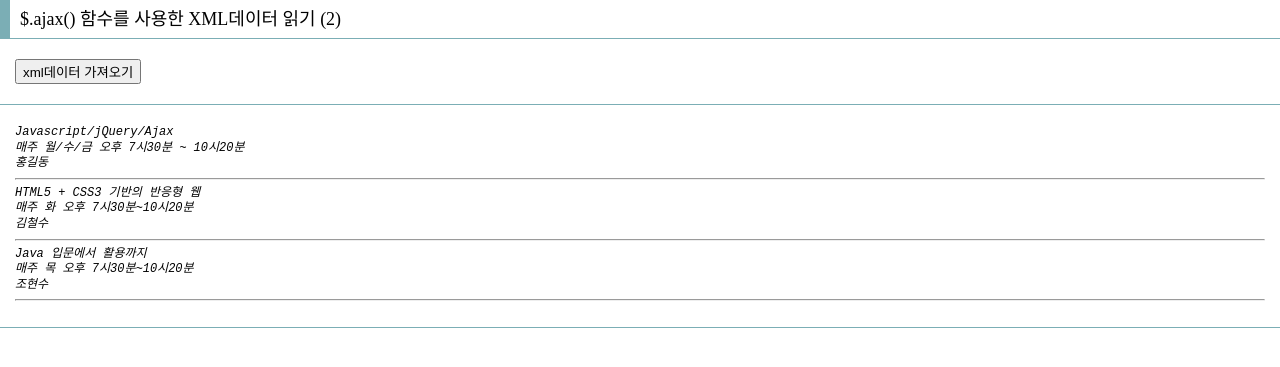
Repository: jigudeong-i/backenddeveloper
Page: firstExample/src/main/webapp/ajaxExample/03_xml.html
The author's editor kept a copy of each file at every save. The page is drawn from the files as they stood at one save, then again after the next save.
The browser window is 1280 px wide. The pictures show the whole page.
After loading, the first visible `#mybtn` was clicked once.

Above is the page before, as saved 2025-07-21 00:52:39.

### firstExample/src/main/webapp/ajaxExample/03_xml.html
<!DOCTYPE html>
<html lang="ko">
	<head>
		<meta charset="utf-8" />
		<meta name="viewport" content="width=device-width, initial-scale=1.0">
		<title>xml(2) - 03_xml.html</title>
		<link href="../image/icon.png" rel="icon" type="image/x-icon" />

		<link rel="stylesheet" href="../css/reset.css"/>
		<link rel="stylesheet" href="../css/common.css"/>
	</head>
	<body>
		<h1 class="title">$.ajax() 함수를 사용한 XML데이터 읽기 (2)</h1>
		<div class="exec">
			<input type="button" value="xml데이터 가져오기" id="mybtn" />
		</div>
		<div class="console" id="result"></div>

		<script src="../js/jquery-3.7.1.min.js"></script>
		<script>
			$("#mybtn").on("click", function() {
				$.ajax({
					url: '/firstExample/ajax/xml/03.xml',
					method: 'get',
					dataType: 'xml'
				}).done(function (data) {
					$("#result").html("");
					// 반복되는 태그 단위를 찾아서 each() 함수 사용
					$(data).find("subject").each(function() {
						// 각 개별 요소에 속해 있는 텍스트 데이터 추출
						let title = $(this).find("title").text();
						let time = $(this).find("time").text();
						let teacher = $(this).find("teacher").text();

						// 출력을 위한 동적 요소의 생성
						let div = $("<div>");
						let p1 = $("<p>").html(title);
						let p2 = $("<p>").html(time);
						let p3 = $("<p>").html(teacher);

						// 조립과 출력
						div.append(p1).append(p2).append(p3);
						// 반드시 body 태그 하위에 정적 요소에 추가 작업 설정.
						$("#result").append(div);
						$("#result").append("<hr />");
					});
				}).fail(function(xhr, textStatus) {
					 //통신이 실패했을 때 실행되는 함수.
					$("#result").html(textStatus + " (HTTP-" + xhr.status + ")");
				});
			});
		</script>

	</body>
</html>

### firstExample/src/main/webapp/css/common.css
html, body {
	width: 100%;
	height: 100%;
}
/* 페이지 제목을 표현.*/
h1.title {
	font-size: large;
	border-left: 10px solid #7BAEB5;
	border-bottom: 1px solid #7BAEB5;
	padding: 10px;
	width: auto;
	background-color: #fff;
}
/* 예제 실행을 위한 버튼이나 링크 배치하는 영역 표현.*/
div.exec, div.console {
	padding: 20px 15px;
	border-bottom: 1px solid #7BAEB5;
}
/* 결과 출력을 위한 영역 표현.*/
div.console {
	font-family: 'Courier New';
	font-size: 12px;
	font-style: italic;
	line-height: 130%;
}
/* 예제 화면을 구성하기 위한 영역 표현.*/
div.example {
	padding: 10px 30px;
}

Loaded but not shown: firstExample/src/main/webapp/css/reset.css (common file); firstExample/src/main/webapp/js/jquery-3.7.1.min.js (library)

After the next save:
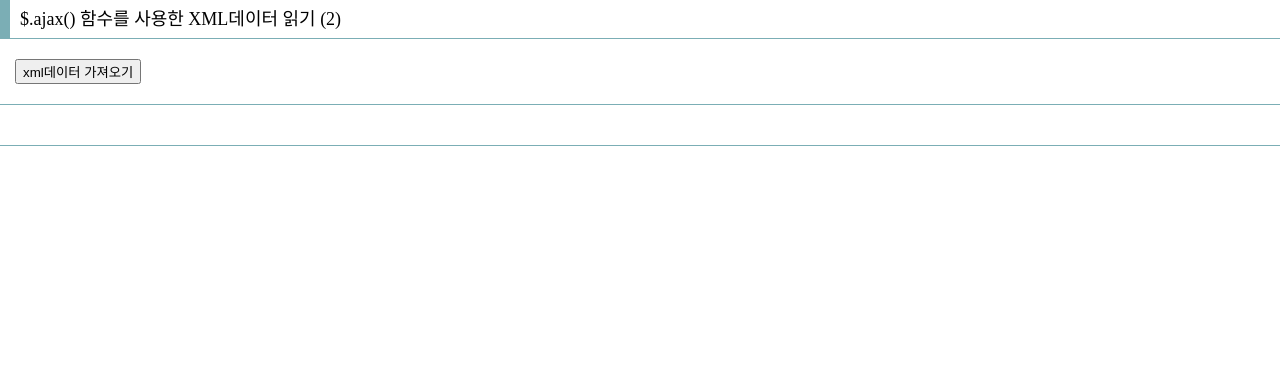
Console error: ReferenceError: $ajax is not defined
Saved 2 min 5 s later.
--- a/firstExample/src/main/webapp/ajaxExample/03_xml.html
+++ b/firstExample/src/main/webapp/ajaxExample/03_xml.html
@@ -1,10 +1,10 @@
 <!DOCTYPE html>
 <html lang="ko">
 	<head>
-		<meta charset="utf-8" />
-		<meta name="viewport" content="width=device-width, initial-scale=1.0">
+		<meta charset="UTF-8">
+		<meta name="viewport" content="width=device-width, initial-scale=1">
 		<title>xml(2) - 03_xml.html</title>
-		<link href="../image/icon.png" rel="icon" type="image/x-icon" />
+		<link href="../image/icon.png" rel="icon" type="image/x-con" />
 
 		<link rel="stylesheet" href="../css/reset.css"/>
 		<link rel="stylesheet" href="../css/common.css"/>
@@ -18,21 +18,21 @@
 
 		<script src="../js/jquery-3.7.1.min.js"></script>
 		<script>
-			$("#mybtn").on("click", function() {
-				$.ajax({
+			$("#mybtn").on("click", function(){
+				$ajax({
 					url: '/firstExample/ajax/xml/03.xml',
 					method: 'get',
 					dataType: 'xml'
-				}).done(function (data) {
+				}).done(function (data){
 					$("#result").html("");
 					// 반복되는 태그 단위를 찾아서 each() 함수 사용
-					$(data).find("subject").each(function() {
+					$(data).find("subject").each(function(){
 						// 각 개별 요소에 속해 있는 텍스트 데이터 추출
 						let title = $(this).find("title").text();
 						let time = $(this).find("time").text();
 						let teacher = $(this).find("teacher").text();
 
-						// 출력을 위한 동적 요소의 생성
+						// 출력읠 위한 동적 요소의 생성
 						let div = $("<div>");
 						let p1 = $("<p>").html(title);
 						let p2 = $("<p>").html(time);
@@ -41,15 +41,14 @@
 						// 조립과 출력
 						div.append(p1).append(p2).append(p3);
 						// 반드시 body 태그 하위에 정적 요소에 추가 작업 설정.
-						$("#result").append(div);
+						$("#reault").append(div);
 						$("#result").append("<hr />");
 					});
-				}).fail(function(xhr, textStatus) {
-					 //통신이 실패했을 때 실행되는 함수.
+				}).failt(function(xhr, textStatus){
+					// 통신이 실패했을 때 실행되는 함수.
 					$("#result").html(textStatus + " (HTTP-" + xhr.status + ")");
 				});
 			});
 		</script>
-
 	</body>
 </html>
